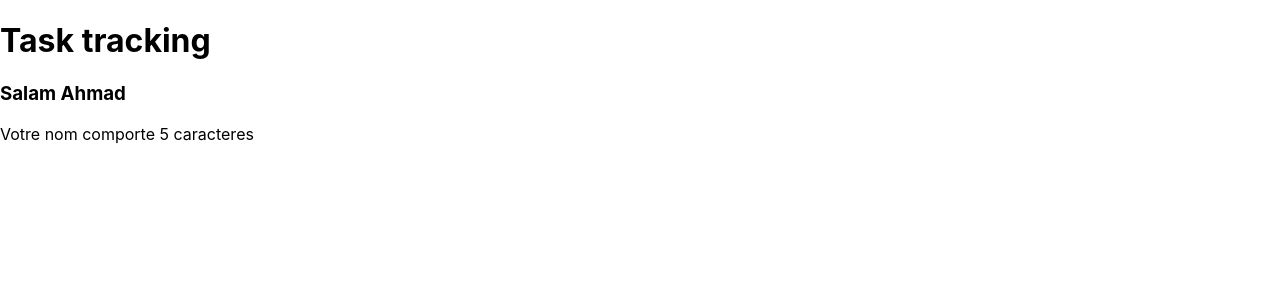
Repository: feyroozecode/task_tracker
Page: /
An editor plug-in stored every save of this project. The page is shown before and after the next save, followed by the edit.
The browser window is 1280 px wide. The pictures show the whole page.
The project was rebuilt for these pictures with package versions that can differ from the ones it lists, and the page was loaded fresh each time. Also part of the build but not shown: src/App.css.

Above is the page before, as saved 2023-10-19 12:21:27.

After the next save:
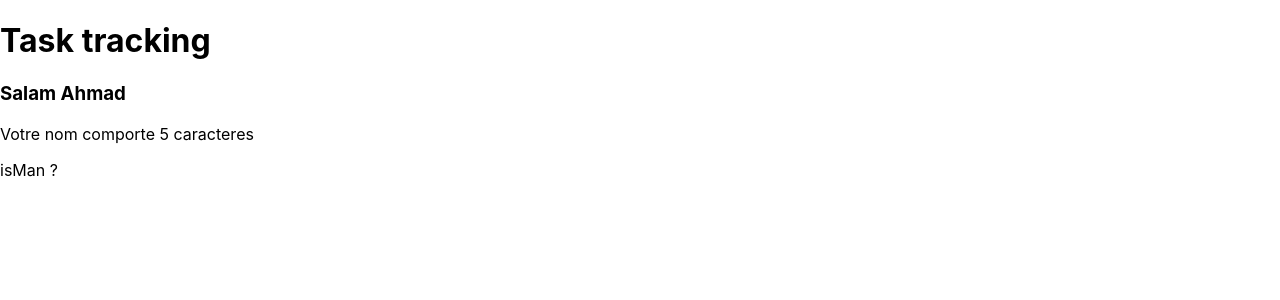
Saved 36 s later.
--- a/src/App.js
+++ b/src/App.js
@@ -10,7 +10,7 @@ function App() {
       <h3>Salam {userName} </h3>
 
       <p>Votre nom comporte  { userName.length.toString() } caracteres </p>
-
+      isMan ? <p></p>
     </div>
   );
 }
